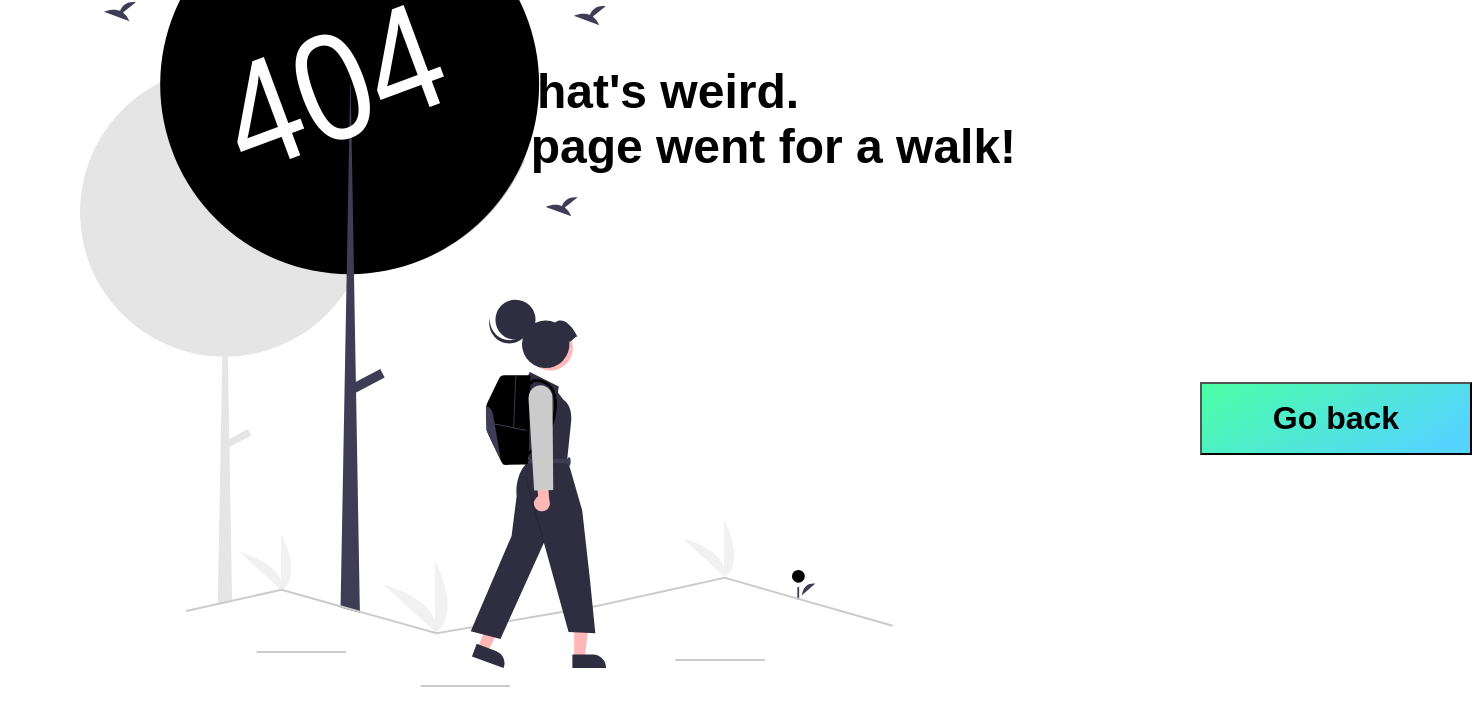
Repository: TeeJaysDev/Portfolio
Page: 404.html
These files come from the project's save history. The page is drawn as it stood at one moment and after a run of saves; the edit follows.
The browser window is 1280 px wide. The page is 1472 px wide, so the pictures cover 1472 px, including what lies to the right of the window. The pictures show the whole page.

Above is the page before, as saved 2021-06-16 21:16:42.

### 404.html
<!DOCTYPE html>
<html lang="en">
<head>
    <meta charset="UTF-8">
    <meta http-equiv="X-UA-Compatible" content="IE=edge">
    <meta name="viewport" content="width=device-width, initial-scale=1.0">
    <script type="text/javascript" src="script.js"></script>
    <link rel="stylesheet" href="404.css">
    <link rel="preconnect" href="https://fonts.gstatic.com">
    <link href="https://fonts.googleapis.com/css2?family=Raleway&display=swap" rel="stylesheet">
    <title>Tymon Jędryczka | Portfolio</title>
</head>
<body>
    <section class="error">
        <h1>
            Huh, that's weird. <br> Looks like this page went for a walk!
        </h1>
        <button>
            <a href="index.html">Go back</a>
        </button>
        <div class="mainError">
            <img src="Images/svg/hiking.svg">
        </div>
    </section>
</body>
</html>

### 404.css
* {
    margin: 0;
    padding: 0;
    box-sizing: border-box;
    font-family: sans-serif;
    text-decoration: none;
    list-style: none;
}

.error h1 {
    font-family: Arial, Helvetica, sans-serif;
    font-weight: 700;
    font-size: 3rem;
    margin-top: 15rem;
    margin-right: 5rem;
    text-align: right;
}

.error .mainError {
    display: flex;
    text-align: center;
    margin-left: 40rem;
    margin-right: auto;
}

.error img {
    margin-left: -35rem;
    margin-top: -35rem;
}

.error button a {
    text-decoration: none;
    text-align: center;
    font-size: 2rem;
    color: #000000;
    padding: 1rem 2rem 1rem 2rem;
}

.error button {
    padding: 1rem 2rem 1rem 2rem;
    width: 17rem;
    font-weight: bold;
    font-size: 1.2rem;
    text-align: center;
    margin-left: 75rem;
    margin-top: 13rem;
    background-image: linear-gradient(147deg, #4bffa5, #54d4ff 90%);
    color: #000000;
    cursor: pointer;
}

@media only screen
and (min-width: 320px) {
    .error h1 {
        margin-top: 4rem;
        min-width: 10ch;
        text-align: center;
        justify-items: center;
    }
}

Loaded but not shown: script.js (no stored copy; drawn as an empty file)

After the next 5 saves:
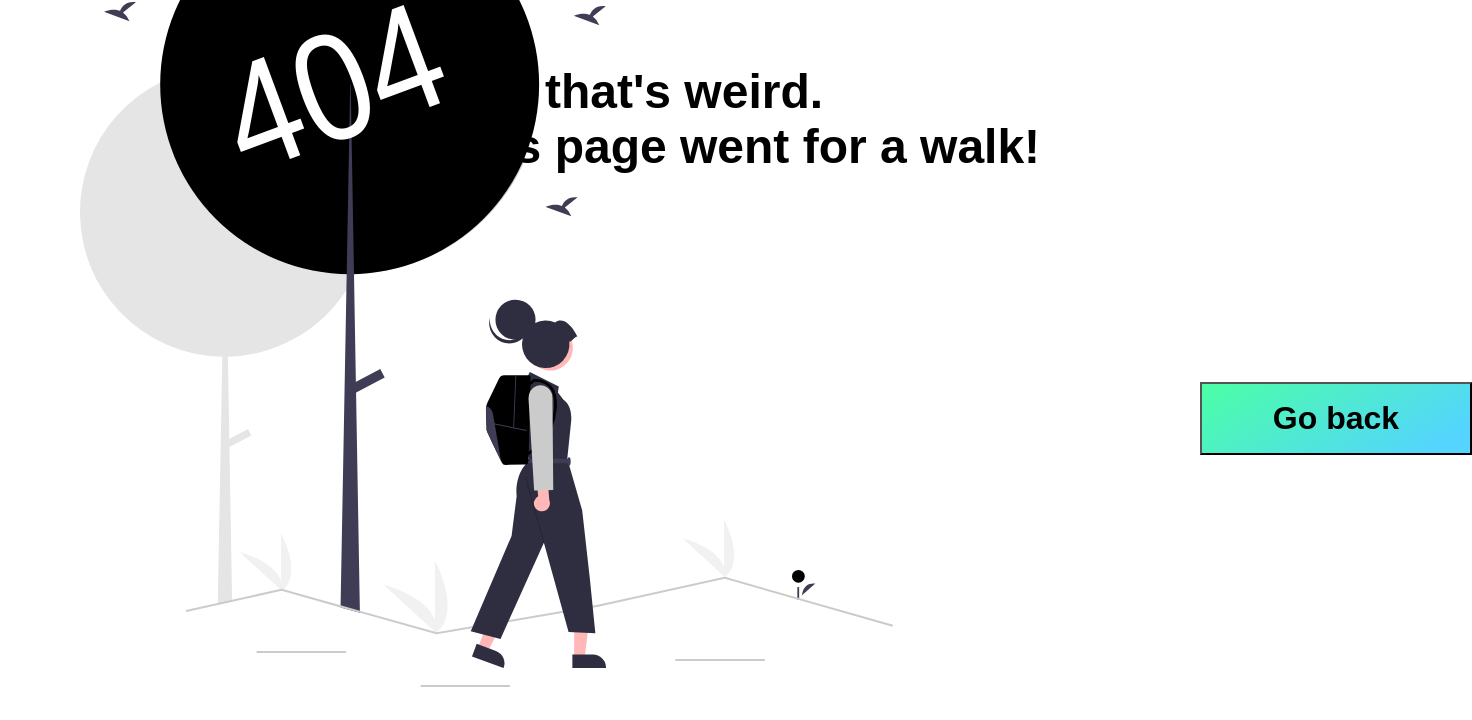
The 5 saves are shown as one change because they came seconds apart.
The last was saved 15 s later.
--- a/404.css
+++ b/404.css
@@ -55,6 +55,6 @@ and (min-width: 320px) {
         margin-top: 4rem;
         min-width: 10ch;
         text-align: center;
-        justify-items: center;
+        margin-left: 3rem;
     }
 }
